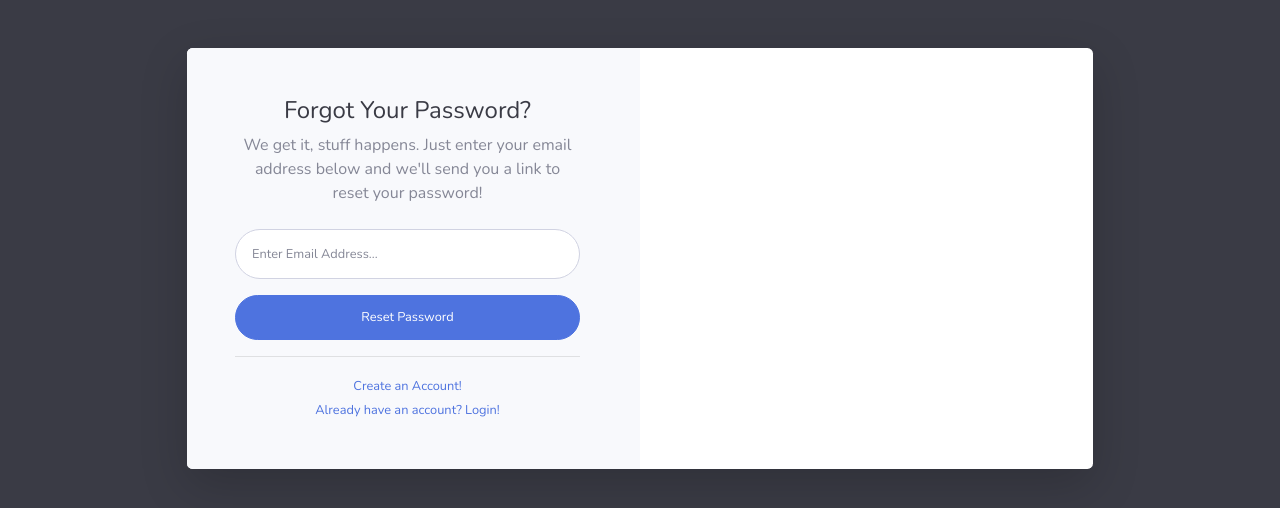
Repository: TuanLe8899/SpringBootProject
Page: http://localhost/forgot-password
These files come from the project's save history. The page is drawn as it stood at one moment and after the next save; the edit follows.
The browser window is 1280 px wide. The pictures show the whole page.
The page is this project's Thymeleaf template; nobody is signed in. Other server files are loaded and not shown. The template is opened directly, without the code that normally fills it, so the values that code supplies are empty.

Above is the page before, as saved 2022-08-25 07:36:36.

### complaint_management/src/main/resources/templates/forgot-password.html
<!DOCTYPE html>
<html lang="en" xmlns="http://www.w3.org/1999/xhtml" xmlns:th="http://www.thymeleaf.org"
    xmlns:sec="http://www.thymeleaf.org" xmlns:layout="http://www.ultraq.net.nz/thymeleaf/layout">

<head>

    <meta charset="utf-8">
    <meta http-equiv="X-UA-Compatible" content="IE=edge">
    <meta name="viewport" content="width=device-width, initial-scale=1, shrink-to-fit=no">
    <meta name="description" content="">
    <meta name="author" content="">

    <title>forgot Password</title>

    <!-- Custom fonts for this template-->
    <link th:href="@{/vendor/fontawesome-free/css/all.min.css}" rel="stylesheet" type="text/css">
    <link
        href="https://fonts.googleapis.com/css?family=Nunito:200,200i,300,300i,400,400i,600,600i,700,700i,800,800i,900,900i"
        rel="stylesheet">

    <!-- Custom styles for this template-->
    <link th:href="@{/css/sb-admin-2.min.css}" rel="stylesheet">

</head>

<body class="bg-gray-900">

    <div class="container">

        <!-- Outer Row -->
        <div class="row justify-content-center">

            <div class="col-xl-10 col-lg-12 col-md-9">

                <div class="card o-hidden border-0 shadow-lg my-5">
                    <div class="card-body p-0">
                        <!-- Nested Row within Card Body -->
                        <div class="row">
                            <div class="col-6 bg-gray-100">
                                <div class="p-5">
                                    <div class="text-center">
                                        <h1 class="h4 text-gray-900 mb-2">Forgot Your Password?</h1>
                                        <p class="mb-4">We get it, stuff happens. Just enter your email address below
                                            and we'll send you a link to reset your password!</p>
                                    </div>
                                    <form class="user">
                                        <div class="form-group">
                                            <input type="email" class="form-control form-control-user"
                                                id="exampleInputEmail" aria-describedby="emailHelp"
                                                placeholder="Enter Email Address...">
                                        </div>
                                        <a href="login.html" class="btn btn-primary btn-user btn-block">
                                            Reset Password
                                        </a>
                                    </form>
                                    <hr>
                                    <div class="text-center">
                                        <a class="small" th:href="@{/register}">Create an Account!</a>
                                    </div>
                                    <div class="text-center">
                                        <a class="small" th:href="@{/login}">Already have an account? Login!</a>
                                    </div>
                                </div>
                            </div>
                        </div>
                    </div>
                </div>

            </div>

        </div>

    </div>

    <!-- Bootstrap core JavaScript-->
    <script th:src="@{/vendor/jquery/jquery.min.js}"></script>
    <script th:src="@{/vendor/bootstrap/js/bootstrap.bundle.min.js}"></script>

    <!-- Core plugin JavaScript-->
    <script th:src="@{/vendor/jquery-easing/jquery.easing.min.js}"></script>

    <!-- Custom scripts for all pages-->
    <script th:src="@{/js/sb-admin-2.min.js}"></script>

</body>

</html>

Loaded but not shown: complaint_management/src/main/resources/static/css/sb-admin-2.min.css (library); complaint_management/src/main/resources/static/js/sb-admin-2.min.js (common file)

After the next save:
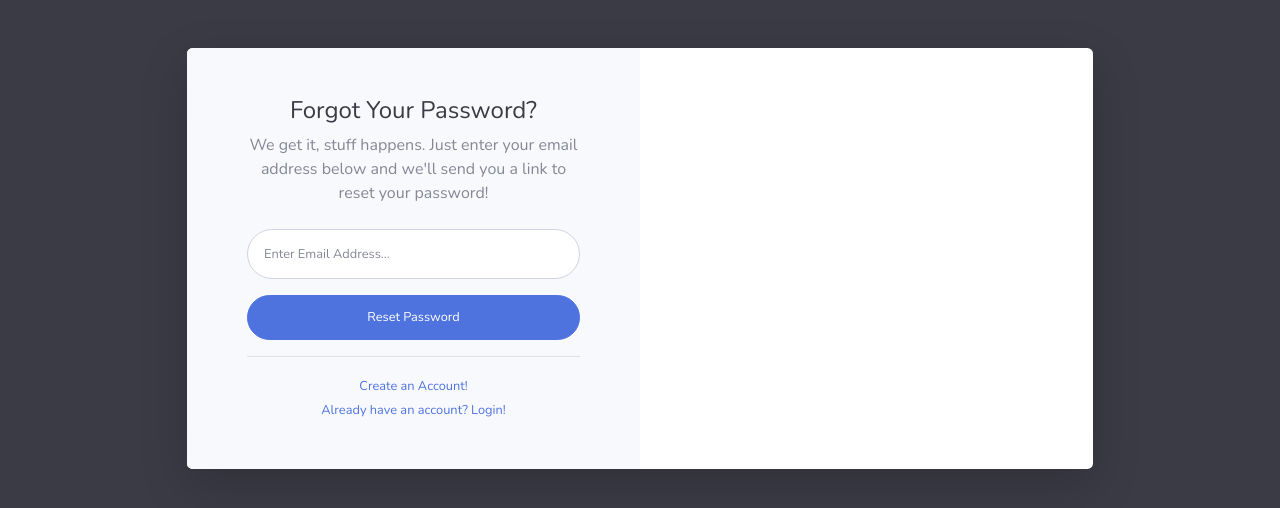
Saved 11 s later.
--- a/complaint_management/src/main/resources/templates/forgot-password.html
+++ b/complaint_management/src/main/resources/templates/forgot-password.html
@@ -35,7 +35,6 @@
                 <div class="card o-hidden border-0 shadow-lg my-5">
                     <div class="card-body p-0">
                         <!-- Nested Row within Card Body -->
-                        <div class="row">
                             <div class="col-6 bg-gray-100">
                                 <div class="p-5">
                                     <div class="text-center">
@@ -62,7 +61,6 @@
                                     </div>
                                 </div>
                             </div>
-                        </div>
                     </div>
                 </div>
 
